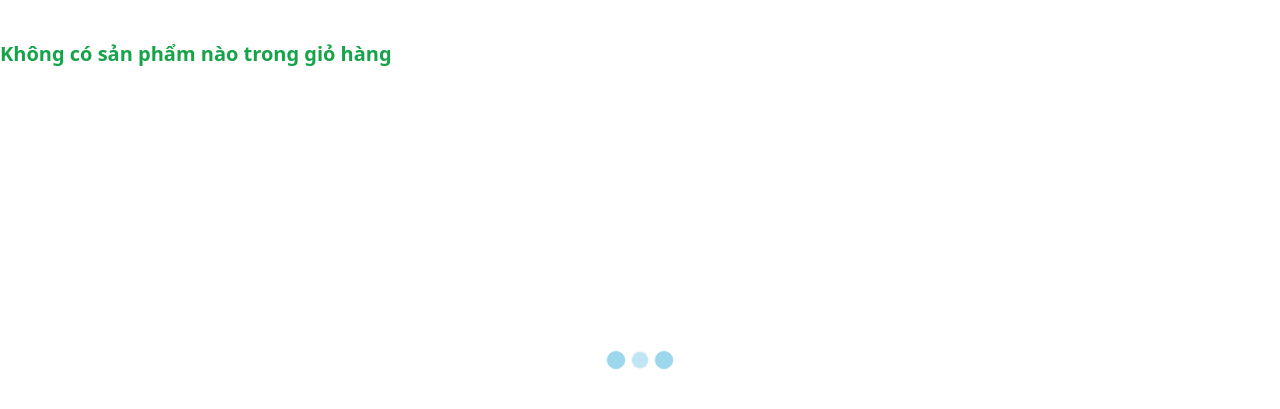
Repository: hungtuan/react-hook-shop
Page: /
The author's editor kept a copy of each file at every save. The page is drawn from the files as they stood at one save, then again after the next save.
The browser window is 1280 px wide. The pictures show the whole page.
The page's requests for data from a server got no answer. The project was rebuilt for these pictures with package versions that can differ from the ones it lists, and the page was loaded fresh each time. No one was signed in, and anything a server would have sent is missing. Also part of the build but not shown: vite.config.js, src/components/Button/Button.jsx, src/components/ShoppingCard/CardItem.jsx, src/components/ShoppingCart/action.js, src/components/ShoppingCart/CartItem.jsx.

Above is the page before, as saved 2023-11-18 23:52:02.

### index.html
<!DOCTYPE html>
<html lang="en">
    <head>
        <meta charset="UTF-8" />
        <link rel="icon" type="image/svg+xml" href="/vite.svg" />
        <meta name="viewport" content="width=device-width, initial-scale=1.0" />
        <title>Vite + React</title>
        <link rel="stylesheet" href="./style.css" />
    </head>
    <body>
        <div id="root"></div>
        <script type="module" src="/src/main.jsx"></script>
    </body>
</html>

### style.css
/*
! tailwindcss v3.3.5 | MIT License | https://tailwindcss.com
*/

/*
1. Prevent padding and border from affecting element width. (https://github.com/mozdevs/cssremedy/issues/4)
2. Allow adding a border to an element by just adding a border-width. (https://github.com/tailwindcss/tailwindcss/pull/116)
*/

*,
::before,
::after {
  box-sizing: border-box;
  /* 1 */
  border-width: 0;
  /* 2 */
  border-style: solid;
  /* 2 */
  border-color: #e5e7eb;
  /* 2 */
}

::before,
::after {
  --tw-content: '';
}

/*
1. Use a consistent sensible line-height in all browsers.
2. Prevent adjustments of font size after orientation changes in iOS.
3. Use a more readable tab size.
4. Use the user's configured `sans` font-family by default.
5. Use the user's configured `sans` font-feature-settings by default.
6. Use the user's configured `sans` font-variation-settings by default.
*/

html {
  line-height: 1.5;
  /* 1 */
  -webkit-text-size-adjust: 100%;
  /* 2 */
  -moz-tab-size: 4;
  /* 3 */
  -o-tab-size: 4;
     tab-size: 4;
  /* 3 */
  font-family: ui-sans-serif, system-ui, -apple-system, BlinkMacSystemFont, "Segoe UI", Roboto, "Helvetica Neue", Arial, "Noto Sans", sans-serif, "Apple Color Emoji", "Segoe UI Emoji", "Segoe UI Symbol", "Noto Color Emoji";
  /* 4 */
  font-feature-settings: normal;
  /* 5 */
  font-variation-settings: normal;
  /* 6 */
}

/*
1. Remove the margin in all browsers.
2. Inherit line-height from `html` so users can set them as a class directly on the `html` element.
*/

body {
  margin: 0;
  /* 1 */
  line-height: inherit;
  /* 2 */
}

/*
1. Add the correct height in Firefox.
2. Correct the inheritance of border color in Firefox. (https://bugzilla.mozilla.org/show_bug.cgi?id=190655)
3. Ensure horizontal rules are visible by default.
*/

hr {
  height: 0;
  /* 1 */
  color: inherit;
  /* 2 */
  border-top-width: 1px;
  /* 3 */
}

/*
Add the correct text decoration in Chrome, Edge, and Safari.
*/

abbr:where([title]) {
  -webkit-text-decoration: underline dotted;
          text-decoration: underline dotted;
}

/*
Remove the default font size and weight for headings.
*/

h1,
h2,
h3,
h4,
h5,
h6 {
  font-size: inherit;
  font-weight: inherit;
}

/*
Reset links to optimize for opt-in styling instead of opt-out.
*/

a {
  color: inherit;
  text-decoration: inherit;
}

/*
Add the correct font weight in Edge and Safari.
*/

b,
strong {
  font-weight: bolder;
}

/*
1. Use the user's configured `mono` font family by default.
2. Correct the odd `em` font sizing in all browsers.
*/

code,
kbd,
samp,
pre {
  font-family: ui-monospace, SFMono-Regular, Menlo, Monaco, Consolas, "Liberation Mono", "Courier New", monospace;
  /* 1 */
  font-size: 1em;
  /* 2 */
}

/*
Add the correct font size in all browsers.
*/

small {
  font-size: 80%;
}

/*
Prevent `sub` and `sup` elements from affecting the line height in all browsers.
*/

sub,
sup {
  font-size: 75%;
  line-height: 0;
  position: relative;
  vertical-align: baseline;
}

sub {
  bottom: -0.25em;
}

sup {
  top: -0.5em;
}

/*
1. Remove text indentation from table contents in Chrome and Safari. (https://bugs.chromium.org/p/chromium/issues/detail?id=999088, https://bugs.webkit.org/show_bug.cgi?id=201297)
2. Correct table border color inheritance in all Chrome and Safari. (https://bugs.chromium.org/p/chromium/issues/detail?id=935729, https://bugs.webkit.org/show_bug.cgi?id=195016)
3. Remove gaps between table borders by default.
*/

table {
  text-indent: 0;
  /* 1 */
  border-color: inherit;
  /* 2 */
  border-collapse: collapse;
  /* 3 */
}

/*
1. Change the font styles in all browsers.
2. Remove the margin in Firefox and Safari.
3. Remove default padding in all browsers.
*/

button,
input,
optgroup,
select,
textarea {
  font-family: inherit;
  /* 1 */
  font-feature-settings: inherit;
  /* 1 */
  font-variation-settings: inherit;
  /* 1 */
  font-size: 100%;
  /* 1 */
  font-weight: inherit;
  /* 1 */
  line-height: inherit;
  /* 1 */
  color: inherit;
  /* 1 */
  margin: 0;
  /* 2 */
  padding: 0;
  /* 3 */
}

/*
Remove the inheritance of text transform in Edge and Firefox.
*/

button,
select {
  text-transform: none;
}

/*
1. Correct the inability to style clickable types in iOS and Safari.
2. Remove default button styles.
*/

button,
[type='button'],
[type='reset'],
[type='submit'] {
  -webkit-appearance: button;
  /* 1 */
  background-color: transparent;
  /* 2 */
  background-image: none;
  /* 2 */
}

/*
Use the modern Firefox focus style for all focusable elements.
*/

:-moz-focusring {
  outline: auto;
}

/*
Remove the additional `:invalid` styles in Firefox. (https://github.com/mozilla/gecko-dev/blob/2f9eacd9d3d995c937b4251a5557d95d494c9be1/layout/style/res/forms.css#L728-L737)
*/

:-moz-ui-invalid {
  box-shadow: none;
}

/*
Add the correct vertical alignment in Chrome and Firefox.
*/

progress {
  vertical-align: baseline;
}

/*
Correct the cursor style of increment and decrement buttons in Safari.
*/

::-webkit-inner-spin-button,
::-webkit-outer-spin-button {
  height: auto;
}

/*
1. Correct the odd appearance in Chrome and Safari.
2. Correct the outline style in Safari.
*/

[type='search'] {
  -webkit-appearance: textfield;
  /* 1 */
  outline-offset: -2px;
  /* 2 */
}

/*
Remove the inner padding in Chrome and Safari on macOS.
*/

::-webkit-search-decoration {
  -webkit-appearance: none;
}

/*
1. Correct the inability to style clickable types in iOS and Safari.
2. Change font properties to `inherit` in Safari.
*/

::-webkit-file-upload-button {
  -webkit-appearance: button;
  /* 1 */
  font: inherit;
  /* 2 */
}

/*
Add the correct display in Chrome and Safari.
*/

summary {
  display: list-item;
}

/*
Removes the default spacing and border for appropriate elements.
*/

blockquote,
dl,
dd,
h1,
h2,
h3,
h4,
h5,
h6,
hr,
figure,
p,
pre {
  margin: 0;
}

fieldset {
  margin: 0;
  padding: 0;
}

legend {
  padding: 0;
}

ol,
ul,
menu {
  list-style: none;
  margin: 0;
  padding: 0;
}

/*
Reset default styling for dialogs.
*/

dialog {
  padding: 0;
}

/*
Prevent resizing textareas horizontally by default.
*/

textarea {
  resize: vertical;
}

/*
1. Reset the default placeholder opacity in Firefox. (https://github.com/tailwindlabs/tailwindcss/issues/3300)
2. Set the default placeholder color to the user's configured gray 400 color.
*/

input::-moz-placeholder, textarea::-moz-placeholder {
  opacity: 1;
  /* 1 */
  color: #9ca3af;
  /* 2 */
}

input::placeholder,
textarea::placeholder {
  opacity: 1;
  /* 1 */
  color: #9ca3af;
  /* 2 */
}

/*
Set the default cursor for buttons.
*/

button,
[role="button"] {
  cursor: pointer;
}

/*
Make sure disabled buttons don't get the pointer cursor.
*/

:disabled {
  cursor: default;
}

/*
1. Make replaced elements `display: block` by default. (https://github.com/mozdevs/cssremedy/issues/14)
2. Add `vertical-align: middle` to align replaced elements more sensibly by default. (https://github.com/jensimmons/cssremedy/issues/14#issuecomment-634934210)
   This can trigger a poorly considered lint error in some tools but is included by design.
*/

img,
svg,
video,
canvas,
audio,
iframe,
embed,
object {
  display: block;
  /* 1 */
  vertical-align: middle;
  /* 2 */
}

/*
Constrain images and videos to the parent width and preserve their intrinsic aspect ratio. (https://github.com/mozdevs/cssremedy/issues/14)
*/

img,
video {
  max-width: 100%;
  height: auto;
}

/* Make elements with the HTML hidden attribute stay hidden by default */

[hidden] {
  display: none;
}

*, ::before, ::after {
  --tw-border-spacing-x: 0;
  --tw-border-spacing-y: 0;
  --tw-translate-x: 0;
  --tw-translate-y: 0;
  --tw-rotate: 0;
  --tw-skew-x: 0;
  --tw-skew-y: 0;
  --tw-scale-x: 1;
  --tw-scale-y: 1;
  --tw-pan-x:  ;
  --tw-pan-y:  ;
  --tw-pinch-zoom:  ;
  --tw-scroll-snap-strictness: proximity;
  --tw-gradient-from-position:  ;
  --tw-gradient-via-position:  ;
  --tw-gradient-to-position:  ;
  --tw-ordinal:  ;
  --tw-slashed-zero:  ;
  --tw-numeric-figure:  ;
  --tw-numeric-spacing:  ;
  --tw-numeric-fraction:  ;
  --tw-ring-inset:  ;
  --tw-ring-offset-width: 0px;
  --tw-ring-offset-color: #fff;
  --tw-ring-color: rgb(59 130 246 / 0.5);
  --tw-ring-offset-shadow: 0 0 #0000;
  --tw-ring-shadow: 0 0 #0000;
  --tw-shadow: 0 0 #0000;
  --tw-shadow-colored: 0 0 #0000;
  --tw-blur:  ;
  --tw-brightness:  ;
  --tw-contrast:  ;
  --tw-grayscale:  ;
  --tw-hue-rotate:  ;
  --tw-invert:  ;
  --tw-saturate:  ;
  --tw-sepia:  ;
  --tw-drop-shadow:  ;
  --tw-backdrop-blur:  ;
  --tw-backdrop-brightness:  ;
  --tw-backdrop-contrast:  ;
  --tw-backdrop-grayscale:  ;
  --tw-backdrop-hue-rotate:  ;
  --tw-backdrop-invert:  ;
  --tw-backdrop-opacity:  ;
  --tw-backdrop-saturate:  ;
  --tw-backdrop-sepia:  ;
}

::backdrop {
  --tw-border-spacing-x: 0;
  --tw-border-spacing-y: 0;
  --tw-translate-x: 0;
  --tw-translate-y: 0;
  --tw-rotate: 0;
  --tw-skew-x: 0;
  --tw-skew-y: 0;
  --tw-scale-x: 1;
  --tw-scale-y: 1;
  --tw-pan-x:  ;
  --tw-pan-y:  ;
  --tw-pinch-zoom:  ;
  --tw-scroll-snap-strictness: proximity;
  --tw-gradient-from-position:  ;
  --tw-gradient-via-position:  ;
  --tw-gradient-to-position:  ;
  --tw-ordinal:  ;
  --tw-slashed-zero:  ;
  --tw-numeric-figure:  ;
  --tw-numeric-spacing:  ;
  --tw-numeric-fraction:  ;
  --tw-ring-inset:  ;
  --tw-ring-offset-width: 0px;
  --tw-ring-offset-color: #fff;
  --tw-ring-color: rgb(59 130 246 / 0.5);
  --tw-ring-offset-shadow: 0 0 #0000;
  --tw-ring-shadow: 0 0 #0000;
  --tw-shadow: 0 0 #0000;
  --tw-shadow-colored: 0 0 #0000;
  --tw-blur:  ;
  --tw-brightness:  ;
  --tw-contrast:  ;
  --tw-grayscale:  ;
  --tw-hue-rotate:  ;
  --tw-invert:  ;
  --tw-saturate:  ;
  --tw-sepia:  ;
  --tw-drop-shadow:  ;
  --tw-backdrop-blur:  ;
  --tw-backdrop-brightness:  ;
  --tw-backdrop-contrast:  ;
  --tw-backdrop-grayscale:  ;
  --tw-backdrop-hue-rotate:  ;
  --tw-backdrop-invert:  ;
  --tw-backdrop-opacity:  ;
  --tw-backdrop-saturate:  ;
  --tw-backdrop-sepia:  ;
}

.container {
  width: 100%;
}

@media (min-width: 640px) {
  .container {
    max-width: 640px;
  }
}

@media (min-width: 768px) {
  .container {
    max-width: 768px;
  }
}

@media (min-width: 1024px) {
  .container {
    max-width: 1024px;
  }
}

@media (min-width: 1280px) {
  .container {
    max-width: 1280px;
  }
}

@media (min-width: 1536px) {
  .container {
    max-width: 1536px;
  }
}

.fixed {
  position: fixed;
}

.m-auto {
  margin: auto;
}

.ml-2 {
  margin-left: 0.5rem;
}

.ml-3 {
  margin-left: 0.75rem;
}

.mr-3 {
  margin-right: 0.75rem;
}

.mt-2 {
  margin-top: 0.5rem;
}

.mt-7 {
  margin-top: 1.75rem;
}

.mt-20 {
  margin-top: 5rem;
}

.flex {
  display: flex;
}

.inline-flex {
  display: inline-flex;
}

.table {
  display: table;
}

.grid {
  display: grid;
}

.h-6 {
  height: 1.5rem;
}

.h-64 {
  height: 16rem;
}

.w-6 {
  width: 1.5rem;
}

.w-72 {
  width: 18rem;
}

.w-full {
  width: 100%;
}

.max-w-7xl {
  max-width: 80rem;
}

.table-auto {
  table-layout: auto;
}

.border-collapse {
  border-collapse: collapse;
}

.grid-cols-4 {
  grid-template-columns: repeat(4, minmax(0, 1fr));
}

.items-center {
  align-items: center;
}

.justify-center {
  justify-content: center;
}

.justify-between {
  justify-content: space-between;
}

.gap-4 {
  gap: 1rem;
}

.rounded-full {
  border-radius: 9999px;
}

.border {
  border-width: 1px;
}

.border-blue-700 {
  --tw-border-opacity: 1;
  border-color: rgb(29 78 216 / var(--tw-border-opacity));
}

.border-slate-500 {
  --tw-border-opacity: 1;
  border-color: rgb(100 116 139 / var(--tw-border-opacity));
}

.border-slate-700 {
  --tw-border-opacity: 1;
  border-color: rgb(51 65 85 / var(--tw-border-opacity));
}

.border-yellow-800 {
  --tw-border-opacity: 1;
  border-color: rgb(133 77 14 / var(--tw-border-opacity));
}

.object-cover {
  -o-object-fit: cover;
     object-fit: cover;
}

.px-0 {
  padding-left: 0px;
  padding-right: 0px;
}

.px-3 {
  padding-left: 0.75rem;
  padding-right: 0.75rem;
}

.py-0 {
  padding-top: 0px;
  padding-bottom: 0px;
}

.py-1 {
  padding-top: 0.25rem;
  padding-bottom: 0.25rem;
}

.py-2 {
  padding-top: 0.5rem;
  padding-bottom: 0.5rem;
}

.py-4 {
  padding-top: 1rem;
  padding-bottom: 1rem;
}

.pb-8 {
  padding-bottom: 2rem;
}

.pt-6 {
  padding-top: 1.5rem;
}

.text-justify {
  text-align: justify;
}

.text-2xl {
  font-size: 1.5rem;
  line-height: 2rem;
}

.text-lg {
  font-size: 1.125rem;
  line-height: 1.75rem;
}

.text-sm {
  font-size: 0.875rem;
  line-height: 1.25rem;
}

.text-xl {
  font-size: 1.25rem;
  line-height: 1.75rem;
}

.font-bold {
  font-weight: 700;
}

.italic {
  font-style: italic;
}

.text-\[\#beaeaa\] {
  --tw-text-opacity: 1;
  color: rgb(190 174 170 / var(--tw-text-opacity));
}

.text-amber-500 {
  --tw-text-opacity: 1;
  color: rgb(245 158 11 / var(--tw-text-opacity));
}

.text-gray-400 {
  --tw-text-opacity: 1;
  color: rgb(156 163 175 / var(--tw-text-opacity));
}

.text-green-600 {
  --tw-text-opacity: 1;
  color: rgb(22 163 74 / var(--tw-text-opacity));
}

.line-through {
  text-decoration-line: line-through;
}

.shadow-md {
  --tw-shadow: 0 4px 6px -1px rgb(0 0 0 / 0.1), 0 2px 4px -2px rgb(0 0 0 / 0.1);
  --tw-shadow-colored: 0 4px 6px -1px var(--tw-shadow-color), 0 2px 4px -2px var(--tw-shadow-color);
  box-shadow: var(--tw-ring-offset-shadow, 0 0 #0000), var(--tw-ring-shadow, 0 0 #0000), var(--tw-shadow);
}

.transition {
  transition-property: color, background-color, border-color, text-decoration-color, fill, stroke, opacity, box-shadow, transform, filter, -webkit-backdrop-filter;
  transition-property: color, background-color, border-color, text-decoration-color, fill, stroke, opacity, box-shadow, transform, filter, backdrop-filter;
  transition-property: color, background-color, border-color, text-decoration-color, fill, stroke, opacity, box-shadow, transform, filter, backdrop-filter, -webkit-backdrop-filter;
  transition-timing-function: cubic-bezier(0.4, 0, 0.2, 1);
  transition-duration: 150ms;
}

.ct-table-col {
  border-width: 1px;
  --tw-border-opacity: 1;
  border-color: rgb(51 65 85 / var(--tw-border-opacity));
  padding-left: 0.75rem;
}

.ct-btn-primary {
  --tw-border-opacity: 1;
  border-color: rgb(74 222 128 / var(--tw-border-opacity));
}

.hover\:bg-yellow-800:hover {
  --tw-bg-opacity: 1;
  background-color: rgb(133 77 14 / var(--tw-bg-opacity));
}

.hover\:bg-green-400:hover {
  --tw-bg-opacity: 1;
  background-color: rgb(74 222 128 / var(--tw-bg-opacity));
}

.hover\:text-white:hover {
  --tw-text-opacity: 1;
  color: rgb(255 255 255 / var(--tw-text-opacity));
}

### src/main.jsx
import React from "react";
import ReactDOM from "react-dom/client";
import App from "./App.jsx";
import "./index.css";
import Provider from "./store/Provider.jsx";
ReactDOM.createRoot(document.getElementById("root")).render(
    // <React.StrictMode>
    <Provider>
        <App />
    </Provider>
    //</React.StrictMode>
);

### src/App.jsx
import React from "react";
import CardList from "./components/ShoppingCard/CardList";
import { ToastContainer } from "react-toastify";
import "react-toastify/dist/ReactToastify.css";
import CartList from "./components/ShoppingCart/CartList";
import Loading from "./components/Loading/Loading";
export default function App() {
  return (
    <>
      <Loading />
      <ToastContainer
        position="top-right"
        autoClose={3000}
        hideProgressBar={false}
        newestOnTop={false}
        closeOnClick
        rtl={false}
        pauseOnFocusLoss
        draggable
        pauseOnHover
        theme="light"
      />
      <div className="container m-auto max-w-7xl pt-6 bg-[##77C8E4]">
        <CardList />
        <CartList />
      </div>
    </>
  );
}

### src/index.css
@tailwind base;
@tailwind components;
@tailwind utilities;

.ct-table-col {
    @apply border border-slate-700 pl-3;
}

.ct-btn-primary {
    @apply border-green-400;
}

### src/store/Provider.jsx
import { useReducer } from "react";
import Context from "./Context";
import reducer, { initState } from "./Reducer";
function Provider({ children }) {
    const [state, dispatch] = useReducer(reducer, initState);
    return (
        <Context.Provider value={[state, dispatch]}>
            {children}
        </Context.Provider>
    );
}

export default Provider;

### src/components/ShoppingCard/CardList.jsx
import React, { useEffect, useContext } from "react";
import CardItem from "./CardItem";
import getProductList from "./getProductList";
import validateUser from "../../assets/js/validateUser";
import Context from "../../store/Context";

export default function CardList() {
  const [state, dispatch] = useContext(Context);

  const { products } = state;

  const getProduct = async () => {
    try {
      await dispatch({
        type: "loading/switch",
      });

      const data = await getProductList();

      await dispatch({
        type: "products/updateProducts",
        payload: data.listProduct,
      });

      await validateUser();

      dispatch({
        type: "loading/switch",
      });
    } catch (error) {
      console.error("Error fetching product data:", error);
    }
  };

  useEffect(() => {
    getProduct();
  }, []);

  return (
    <div className="card-list grid grid-cols-4 gap-4">
      {products.map((product) => (
        <CardItem
          key={product._id}
          id={product._id}
          productName={product.name}
          productPrice={product.price}
          productImg={product.image}
          productQuantity={product.quantity}
        />
      ))}
    </div>
  );
}

### src/components/ShoppingCart/CartList.jsx
import React, { useContext } from "react";
import CartItem from "./CartItem";
import Button from "../Button/Button";
import Context from "../../store/Context";
import payment from "./payment";
import calculateTotal from "./calculateTotal";
export default function CartList() {
    const [state, dispatch] = useContext(Context);
    const { productsCart } = state;
    const { totalPrice, totalQuantity } = calculateTotal(productsCart);
    return productsCart.length ? (
        <div className="cart-list pb-8">
            <table className="table-auto w-full border-collapse border border-slate-500 mt-7">
                <thead>
                    <tr>
                        <th className="border border-slate-700">
                            Tên sản phẩm
                        </th>
                        <th className="border border-slate-700">Số lượng</th>
                        <th className="border border-slate-700">
                            Số lượng còn lại
                        </th>
                        <th className="border border-slate-700">Tổng tiền</th>
                        <th className="border border-slate-700">Hành động</th>
                    </tr>
                </thead>
                <tbody>
                    {productsCart.map((productCart) => {
                        return (
                            <CartItem
                                key={productCart.id}
                                id={productCart.id}
                                name={productCart.name}
                                quantity={productCart.quantity}
                                price={productCart.price}
                            />
                        );
                    })}
                    <tr>
                        <td className="text-lg font-bold ct-table-col">
                            Thành tiền
                        </td>
                        <td className="ct-table-col">{totalQuantity}</td>
                        <td></td>
                        <td className="ct-table-col">{totalPrice}</td>
                        <td className="ct-table-col">
                            <Button
                                classStyle="ct-btn-primary hover:bg-green-400"
                                onClick={async () => {
                                    await dispatch({
                                        type: "loading/switch",
                                    });
                                    const data = await payment(state);
                                    dispatch({
                                        type: "loading/switch",
                                    });
                                    if (data) {
                                        dispatch({
                                            type: "product/makeEmpty",
                                        });
                                        for (
                                            var i = 0;
                                            i < state.productsCart.length;
                                            i++
                                        ) {
                                            state.productsCart[i].setProduct({
                                                quantity: 0,
                                                price: 0,
                                            });
                                        }
                                    }
                                }}
                            >
                                Thanh toán
                            </Button>
                        </td>
                    </tr>
                </tbody>
            </table>
        </div>
    ) : (
        <h3 className="font-bold text-xl text-green-600 py-4">
            Không có sản phẩm nào trong giỏ hàng
        </h3>
    );
}

### src/components/Loading/Loading.jsx
import React, { useContext, CSSProperties } from "react";
import Context from "../../store/Context";
import BeatLoader from "react-spinners/BeatLoader";
export default function Loading() {
  const [state] = useContext(Context);
  const { loading } = state;
  return (
    <BeatLoader
      color="#77C8E4"
      loading={loading}
      cssOverride={{
        position: "fixed",
        inset: 0,
        zIndex: 9999,
        display: "flex",
        alignItems: "center",
        justifyContent: "center",
      }}
      size={20}
      aria-label="Loading Spinner"
      data-testid="loader"
    />
  );
}

### src/store/Context.jsx
import { createContext } from "react";
const Context = createContext();
export default Context;

### src/store/Reducer.jsx
import {
    impactProduct,
    filterLatestProducts,
} from "../components/ShoppingCart/payment";

const initState = {
    products: [],
    productsCart: [],
    loading: false,
};

function reducer(state, action) {
    switch (action.type) {
        case "products/updateProducts":
            return { ...state, products: action.payload };
        case "products/addCart":
            const products = filterLatestProducts([
                ...state.productsCart,
                action.payload,
            ]);
            return {
                ...state,
                productsCart: products,
            };
        case "product/makeEmpty":
            return {
                ...state,
                productsCart: [],
            };
        case "loading/switch":
            return {
                ...state,
                loading: !state.loading,
            };
        case "cart/decrease":
            return {
                ...state,
                productsCart: impactProduct(
                    state.productsCart,
                    action.payload,
                    "decrease",
                    state
                ),
            };
        case "cart/increase":
            return {
                ...state,
                productsCart: impactProduct(
                    state.productsCart,
                    action.payload,
                    "increase",
                    state
                ),
            };
        case "cart/remove":
            return {
                ...state,
                productsCart: impactProduct(
                    state.productsCart,
                    action.payload,
                    "remove",
                    state
                ),
            };
    }
}

export { initState };
export default reducer;

### src/components/ShoppingCard/getProductList.js
import { handleLogic } from "../../assets/js/script";

export default async function getProductList() {
    const { data } = await handleLogic.getListProduct({ limit: 8 });
    return data;
}

### src/assets/js/config.js
export const config = {
    SERVER_API: "https://api-exercise-sopi.vercel.app/api/v1",
};

Loaded but not shown: tailwind.config.js (common file); src/components/ShoppingCart/payment.js (98 lines, source omitted); src/assets/js/validateUser.js (60 lines, source omitted); src/assets/js/client.js (47 lines, source omitted); src/assets/js/script.js (31 lines, source omitted); src/components/ShoppingCart/calculateTotal.js (13 lines, source omitted)

After the next save:
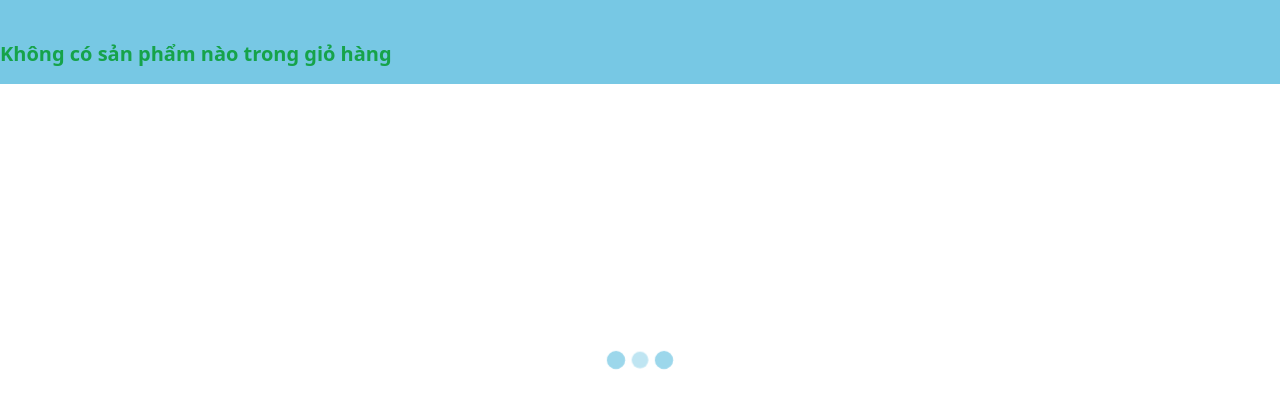
Saved 59 s later.
--- a/src/App.jsx
+++ b/src/App.jsx
@@ -20,7 +20,7 @@
         pauseOnHover
         theme="light"
       />
-      <div className="container m-auto max-w-7xl pt-6 bg-[##77C8E4]">
+      <div className="container m-auto max-w-7xl pt-6 bg-[#77C8E4]">
         <CardList />
         <CartList />
       </div>

After the save that followed:
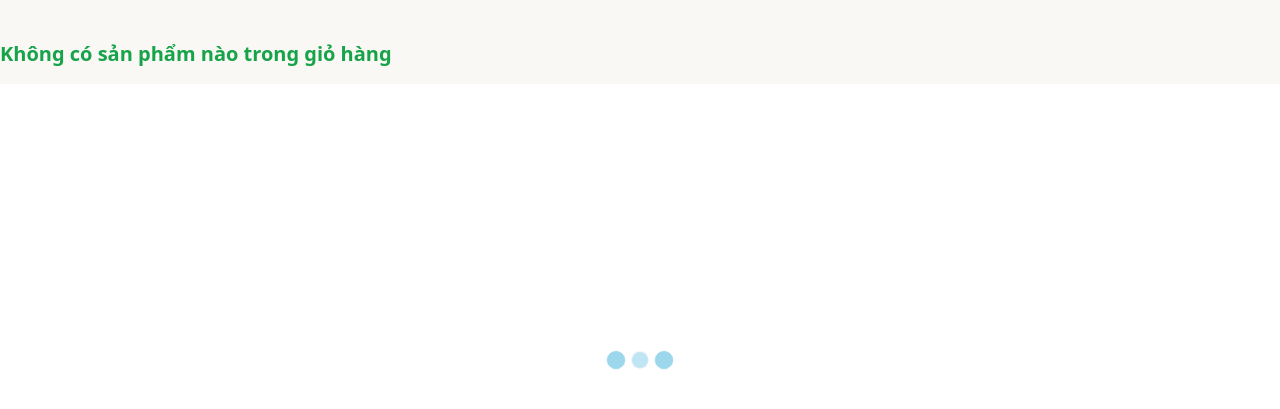
Saved 28 s later.
--- a/src/App.jsx
+++ b/src/App.jsx
@@ -20,7 +20,7 @@
         pauseOnHover
         theme="light"
       />
-      <div className="container m-auto max-w-7xl pt-6 bg-[#77C8E4]">
+      <div className="container m-auto max-w-7xl pt-6 bg-[#F9F8F4]">
         <CardList />
         <CartList />
       </div>
